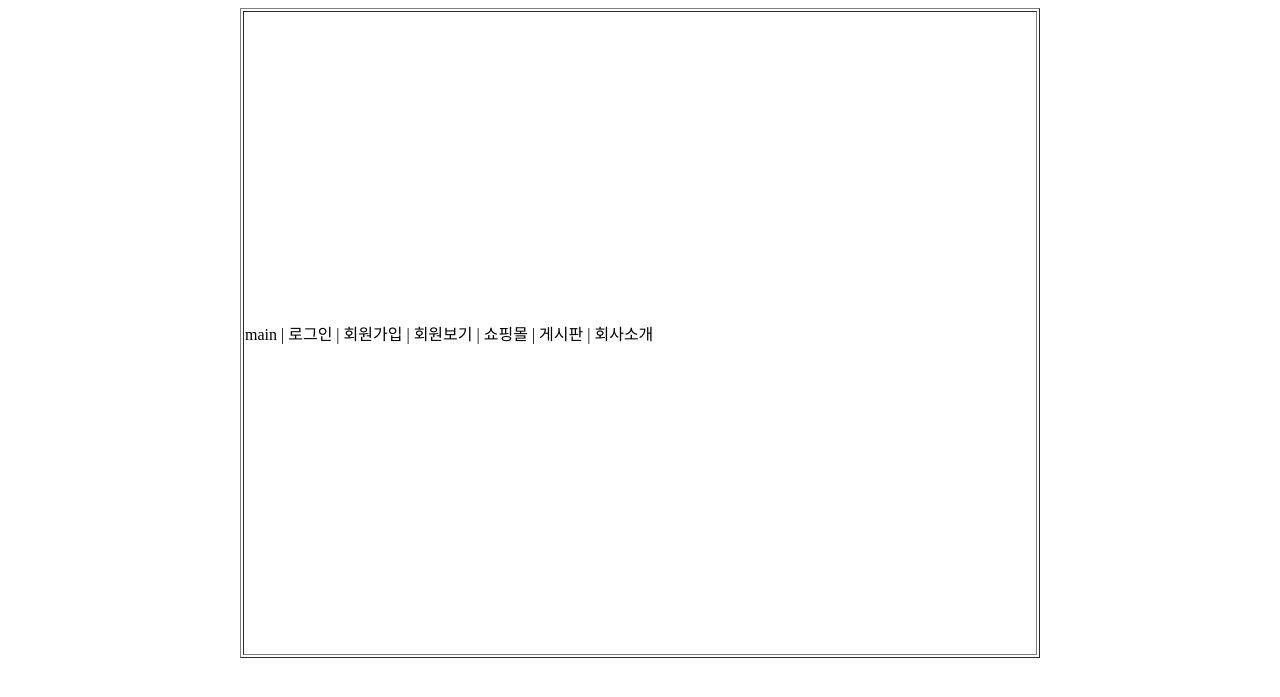
Repository: sungeunbyeol/Nowon-ezen-jsp
Page: http://localhost/myHome/
An editor plug-in stored every save of this project. The page is shown before and after the next save, followed by the edit.
The browser window is 1280 px wide. The pictures show the whole page.
The page is served by Tomcat 9. Other server files are loaded and not shown.

Above is the page before, as saved 2021-11-03 01:49:12.

### myHome/WebContent/index.jsp
<%@ page language="java" contentType="text/html; charset=EUC-KR"
    pageEncoding="EUC-KR"%>

<html>
<head>
	<title>JSP로 만드는 홈페이지</title>
</head>
<body>
	<div align="center">
		<table border="1" width="800" height="650">
			<tr>
				<td>
				main | 로그인 | 회원가입 | 회원보기 | 쇼핑몰 | 게시판 | 회사소개
				</td>
			</tr>
		</table>
	</div>
</body>
</html>

After the next save:
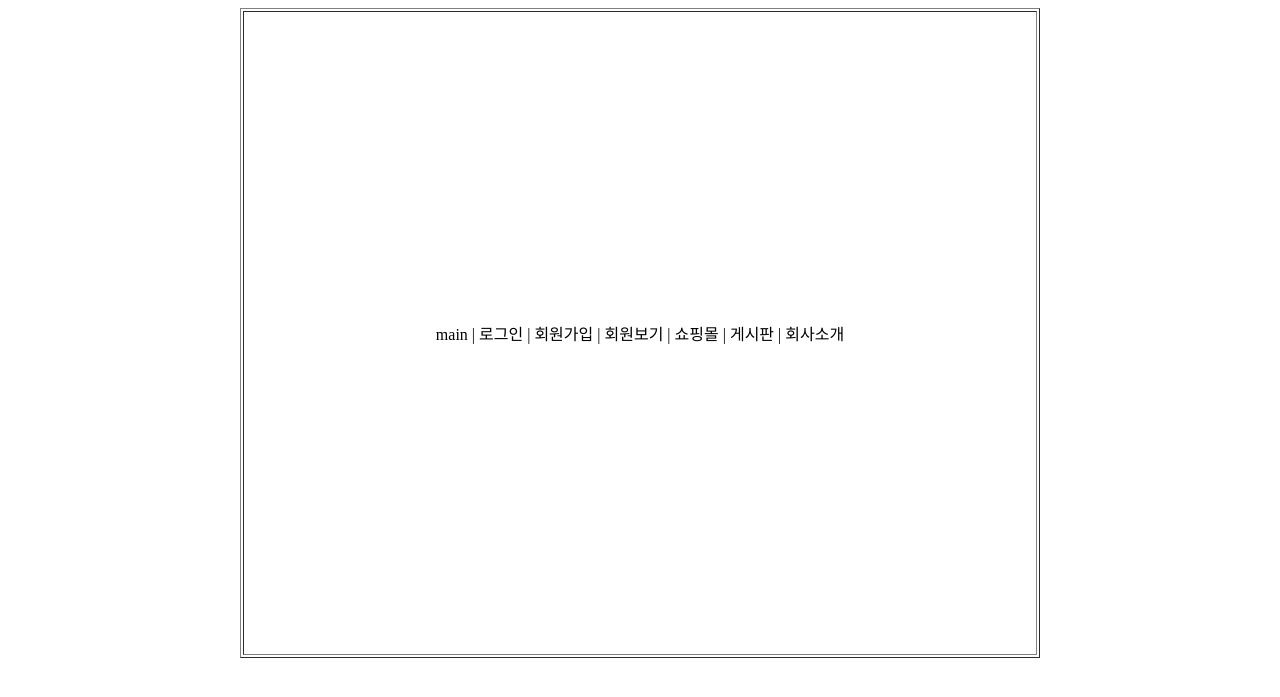
Saved 41 s later.
--- a/myHome/WebContent/index.jsp
+++ b/myHome/WebContent/index.jsp
@@ -8,8 +8,8 @@
 <body>
 	<div align="center">
 		<table border="1" width="800" height="650">
-			<tr>
-				<td>
+			<tr height="10%">
+				<td align="center" colsapn="2">
 				main | 로그인 | 회원가입 | 회원보기 | 쇼핑몰 | 게시판 | 회사소개
 				</td>
 			</tr>
